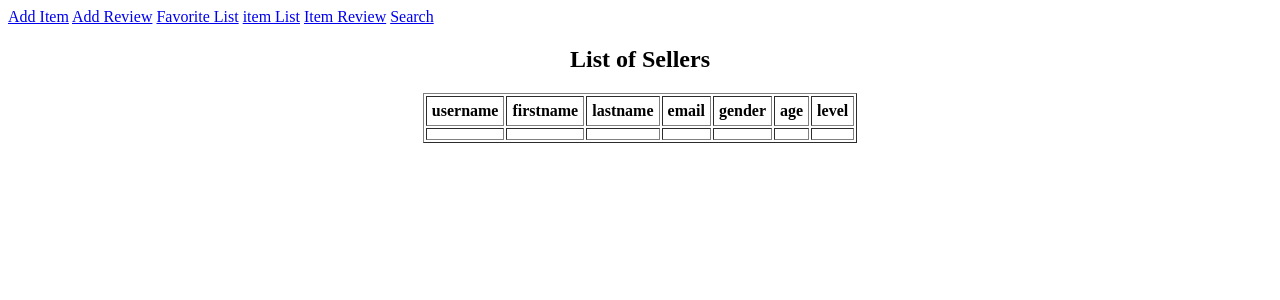
Repository: HamdanM/DatabaseProject
Page: http://localhost/DB3/seller.jsp
These files come from the project's save history. The page is drawn as it stood at one moment and after the next save; the edit follows.
The browser window is 1280 px wide. The pictures show the whole page.
The page is served by Tomcat 9. Other server files are loaded and not shown.

Above is the page before, as saved 2019-07-15 03:32:41.

### DB3/WebContent/seller.jsp
<%@ page language="java" contentType="text/html; charset=UTF-8"
    pageEncoding="UTF-8"%>
<!DOCTYPE html>
<html>
<head>
<meta charset="UTF-8">
<title>Insert title here</title>
</head>
<body>

<a href="addITem">Add Item</a>
<a href="addReview">Add Review</a>
<a href="favlist">Favorite List</a>
<a href="itemList">item List</a>
<a href="itemReview">Item Review</a>
<a href="search">Search</a>

  <div align="center">
        <table border="1" cellpadding="5">
            <caption><h2>List of Sellers</h2></caption>
            <tr>
                <th>username</th>
                <th>firstname</th>
                <th>lastname</th>
         		<th>email</th>
                <th>gender</th>
                <th>age</th>
          		<th>level</th>


            </tr>
            <c:forEach var="us" items="${usersList}">
                <tr>
                    <td><c:out value="${us.Username}" /></td>
                    <td><c:out value="${us.FirstName}" /></td>
                    <td><c:out value="${us.LastName}" /></td>
                    <td><c:out value="${us.Email}" /></td>
                    <td><c:out value="${us.Gender}" /></td>
                    <td><c:out value="${us.Age}" /></td>
                    <td><c:out value="${us.Level}" /></td>




                    </td>
                </tr>
            </c:forEach>
        </table>
    </div>

</body>
</html>

After the next save:
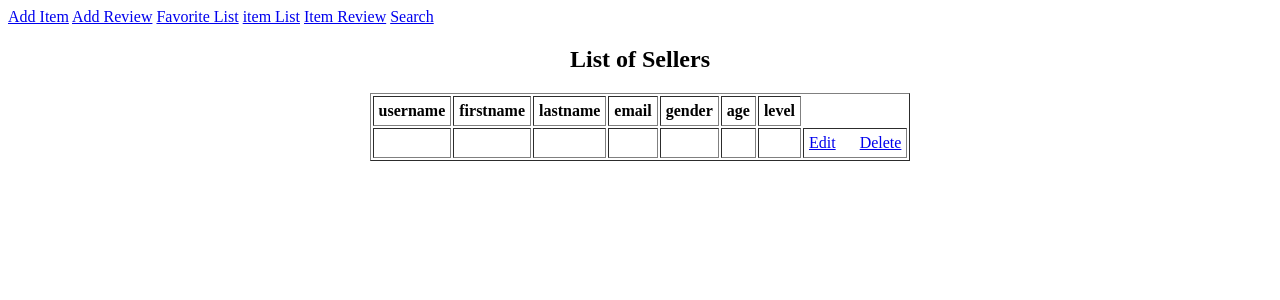
Saved 110 s later.
--- a/DB3/WebContent/seller.jsp
+++ b/DB3/WebContent/seller.jsp
@@ -40,7 +40,11 @@
                     <td><c:out value="${us.Level}" /></td>
 
 
-
+			               <td>
+                        <a href="edit?id=<c:out value='${us.id}' />">Edit</a>
+                        &nbsp;&nbsp;&nbsp;&nbsp;
+                        <a href="delete?id=<c:out value='${us.id}' />">Delete</a>
+                    </td>
 
                     </td>
                 </tr>
